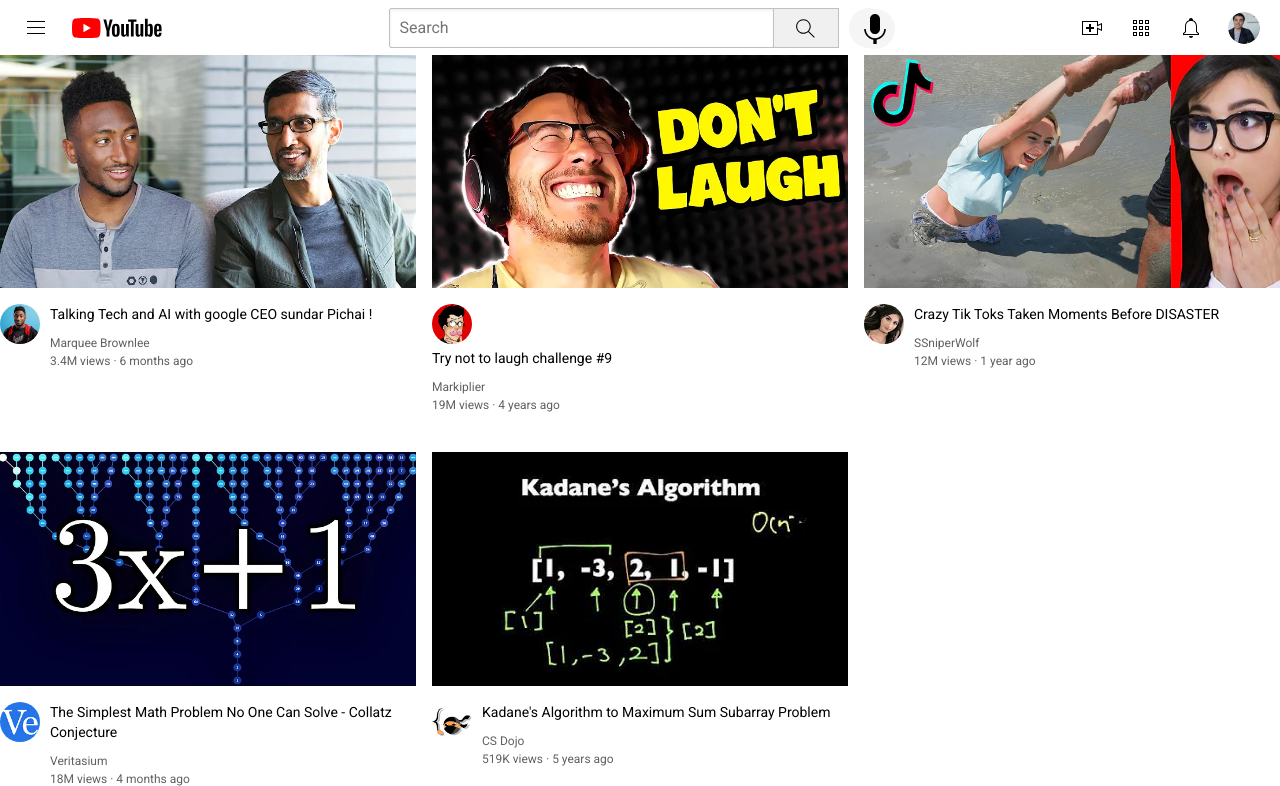
Repository: knowledgeAlan/html-css-thirteen
Page: youtube.html
These files come from the project's save history. The page is drawn as it stood at one moment and after the next save; the edit follows.
The browser window is 1280 px wide. The pictures show the whole page.

Above is the page before, as saved 2024-03-19 18:08:01.

After the next save:
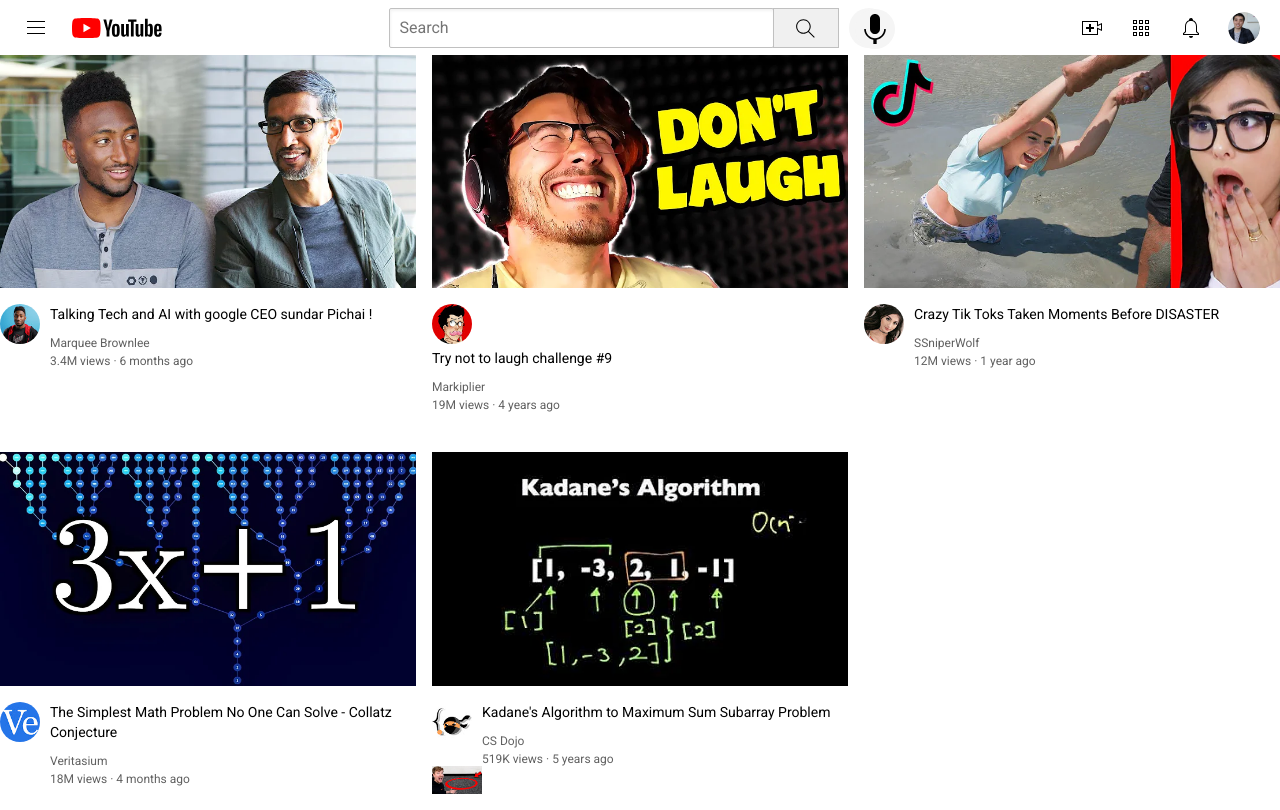
Saved 94 s later.
--- a/youtube.html
+++ b/youtube.html
@@ -195,6 +195,13 @@
 
 
 
+            <div class="video-preview">
+                <div class="thumbnail-row">
+                    <img class="thumbnail" src="thumbnails/thumbnail-6.webp">
+                </div>
+
+
+            </div>
 
 
         </div>
